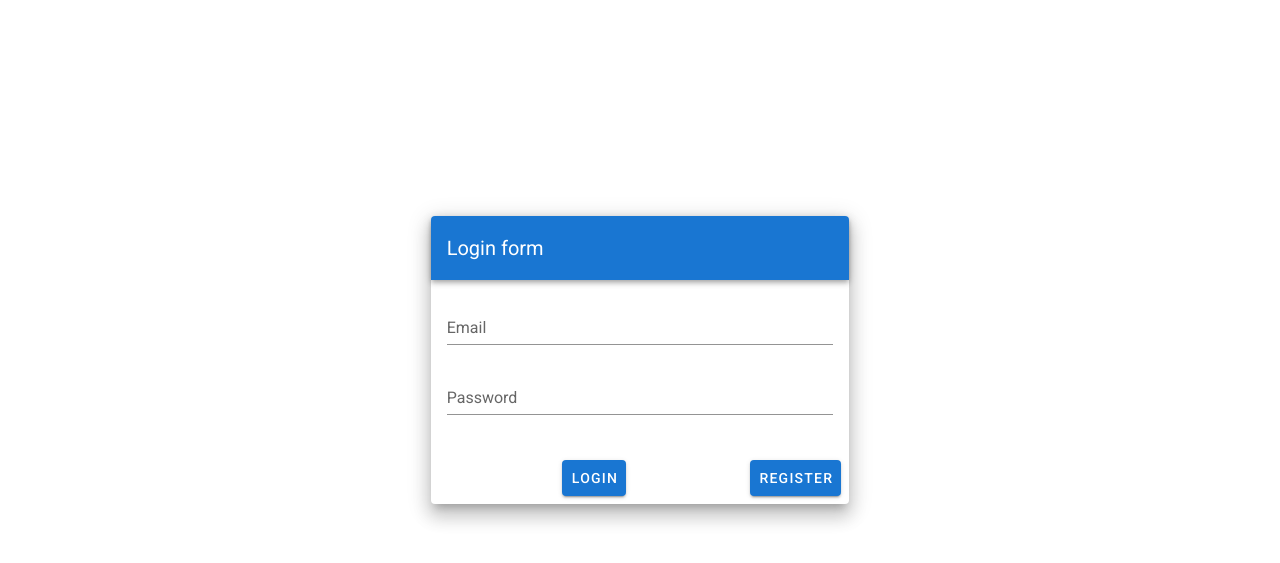
Repository: pao741/vue-todo
Page: /#/login
These files come from the project's save history. The page is drawn as it stood at one moment and after the next save; the edit follows.
The browser window is 1280 px wide. The pictures show the whole page.
The page's requests for data from a server got no answer. The project was rebuilt for these pictures with package versions that can differ from the ones it lists, and the page was loaded fresh each time. No one was signed in, and anything a server would have sent is missing. Also part of the build but not shown: vue.config.js, src/components/Main.vue, src/components/Register.vue.

Above is the page before, as saved 2021-02-08 16:19:11.

### src/main.js
import Vue from 'vue';
// import Vuex from 'vuex';
import VueRouter from 'vue-router';
import App from './App.vue';
import vuetify from './plugins/vuetify';
import firebase from 'firebase';

import 'vuetify/dist/vuetify.min.css';

import Login from './components/Login';
import Main from './components/Main';
import Register from './components/Register';

const firebaseConfig = {
  apiKey: 'AIzaSyDDoWONGwbdeV8-j0yTCmUjzBNPDUFN7Q8',
  authDomain: 'vue-todo-ae3e5.firebaseapp.com',
  projectId: 'vue-todo-ae3e5',
  storageBucket: 'vue-todo-ae3e5.appspot.com',
  messagingSenderId: '816401963007',
  appId: '1:816401963007:web:1f3f49cc385198e51af9ca',
  measurementId: 'G-G9PREJ9C9D',
};
// Initialize Firebase
firebase.initializeApp(firebaseConfig);
firebase.analytics();

const router = new VueRouter({
  routes: [
    {
      path: '/login',
      component: Login,
    },
    {
      path: '/main',
      component: Main,
    },
    {
      path: '/register',
      component: Register,
    },
  ],
});

Vue.config.productionTip = false;
// Vue.use(Vuex);

Vue.use(VueRouter);

new Vue({
  vuetify,
  router: router,
  render: (h) => h(App),
}).$mount('#app');

### src/App.vue
<template>
  <v-app>
    <v-main>
      <Login />
    </v-main>
  </v-app>
</template>

<script>
import Login from "./components/Login";

export default {
  name: "App",

  components: {
    Login
  },

  data: () => ({
    //
  })
};
</script>

### src/components/Login.vue
<template>
  <v-app id="inspire">
    <v-content>
      <v-container fluid fill-height>
        <v-layout align-center justify-center>
          <v-flex xs12 sm8 md4>
            <v-card class="elevation-12">
              <v-toolbar dark color="primary">
                <v-toolbar-title>Login form</v-toolbar-title>
              </v-toolbar>
              <v-card-text>
                <v-form>
                  <v-text-field
                    name="email"
                    label="Email"
                    type="text"
                  ></v-text-field>
                  <v-text-field
                    id="password"
                    name="password"
                    label="Password"
                    type="password"
                  ></v-text-field>
                </v-form>
              </v-card-text>
              <v-card-actions>
                <v-spacer></v-spacer>
                <v-btn color="primary" to="/Home">Login</v-btn>
                <v-spacer></v-spacer>
                <v-btn color="primary" to="/Register">Register</v-btn>
              </v-card-actions>
            </v-card>
          </v-flex>
        </v-layout>
      </v-container>
    </v-content>
  </v-app>
</template>

<script>
import firebase from "firebase";

export default {
  name: "Login",
  props: {
    source: String
  },
  data() {
    return {
      email: "",
      password: ""
    };
  },
  methods: {
    login() {
      firebase
        .auth()
        .signInWithEmailAndPassword(this.email, this.password)
        .then(user => {
          console.log(user.data);
        })
        .catch(error => {
          alert(error);
        });
    }
  }
};
</script>

<style></style>

Loaded but not shown: public/index.html (common file); src/plugins/vuetify.js (common file)

After the next save:
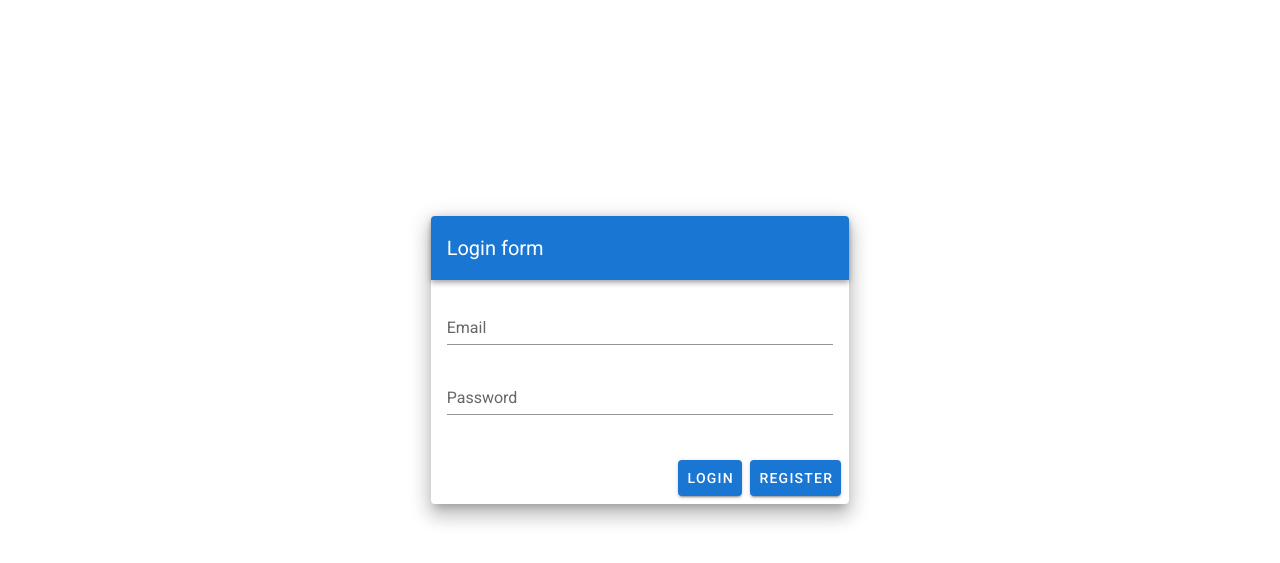
Saved 17 s later.
--- a/src/components/Login.vue
+++ b/src/components/Login.vue
@@ -26,7 +26,6 @@
               <v-card-actions>
                 <v-spacer></v-spacer>
                 <v-btn color="primary" to="/Home">Login</v-btn>
-                <v-spacer></v-spacer>
                 <v-btn color="primary" to="/Register">Register</v-btn>
               </v-card-actions>
             </v-card>
